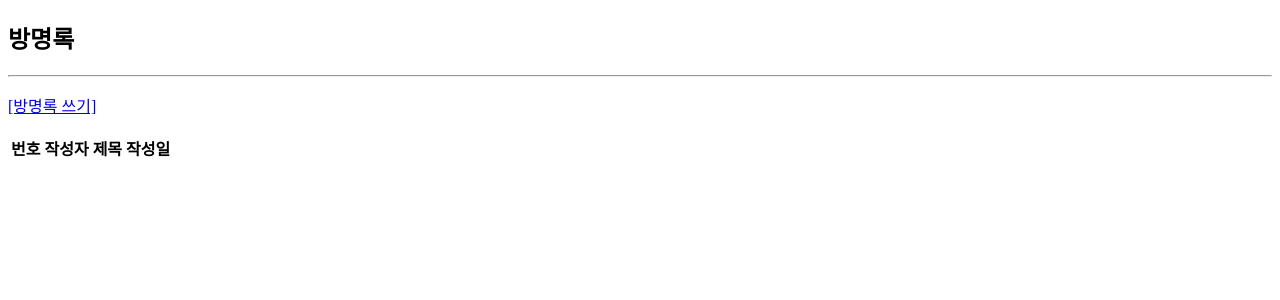
Repository: devnewbie-gt/60_web
Page: http://localhost/08_GuestBook/guestbook/list.jsp
These files come from the project's save history. The page is drawn as it stood at one moment and after the next save; the edit follows.
The browser window is 1280 px wide. The pictures show the whole page.
The page is served by Tomcat 9. Queries for data that is not in the repository find no rows.

Above is the page before, as saved 2021-01-31 14:30:42.

### 08_GuestBook/WebContent/guestbook/list.jsp
<%@page import="com.bc.mybatis.GuestBookVO"%>
<%@page import="java.util.List"%>
<%@page import="com.bc.mybatis.DBService"%>
<%@page import="org.apache.ibatis.session.SqlSession"%>
<%@ page language="java" contentType="text/html; charset=UTF-8"
    pageEncoding="UTF-8"%>
<%
	SqlSession ss = DBService.getFactory().openSession();
	List<GuestBookVO> list = ss.selectList("guestbook.all");
	ss.close();
%>
<!DOCTYPE html>
<html>
<head>
<meta charset="UTF-8">
<title>Insert title here</title>
<style>

</style>
</head>
<body>

<div id="container">
	<h2>방명록</h2>
	<hr>
	<p><a href="write.jsp">[방명록 쓰기]</a></p>
	<table>
		<thead>
			<tr>
				<th>번호</th>
				<th>작성자</th>
				<th>제목</th>
				<th>작성일</th>
			</tr>
		</thead>
		<tbody>

		</tbody>
	</table>
</div>

</body>
</html>

### 08_GuestBook/src/com/bc/mybatis/DBService.java
package com.bc.mybatis;

import org.apache.ibatis.io.Resources;
import org.apache.ibatis.session.SqlSessionFactory;
import org.apache.ibatis.session.SqlSessionFactoryBuilder;

public class DBService {
	private static SqlSessionFactory factory;

	static {
		try {
			factory = new SqlSessionFactoryBuilder()
					.build(Resources.getResourceAsReader("com/bc/mybatis/config.xml"));
		} catch (Exception e) {
			e.printStackTrace();
		}
	}

	public static SqlSessionFactory getFactory() {
		return factory;
	}

}

### 08_GuestBook/src/com/bc/mybatis/GuestBookVO.java
package com.bc.mybatis;

public class GuestBookVO {
	private String idx, name, subject, content, email, pwd, regdate;

	public GuestBookVO() {}

	public GuestBookVO(String idx, String name, String subject, String content, String email, String pwd,
			String regdate) {
		super();
		this.idx = idx;
		this.name = name;
		this.subject = subject;
		this.content = content;
		this.email = email;
		this.pwd = pwd;
		this.regdate = regdate;
	}

	public String getIdx() {
		return idx;
	}

	public void setIdx(String idx) {
		this.idx = idx;
	}

	public String getName() {
		return name;
	}

	public void setName(String name) {
		this.name = name;
	}

	public String getSubject() {
		return subject;
	}

	public void setSubject(String subject) {
		this.subject = subject;
	}

	public String getContent() {
		return content;
	}

	public void setContent(String content) {
		this.content = content;
	}

	public String getEmail() {
		return email;
	}

	public void setEmail(String email) {
		this.email = email;
	}

	public String getPwd() {
		return pwd;
	}

	public void setPwd(String pwd) {
		this.pwd = pwd;
	}

	public String getRegdate() {
		return regdate;
	}

	public void setRegdate(String regdate) {
		this.regdate = regdate;
	}

	@Override
	public String toString() {
		return "GuestBookVO [idx=" + idx + ", name=" + name + ", subject=" + subject + ", content=" + content
				+ ", email=" + email + ", pwd=" + pwd + ", regdate=" + regdate + "]";
	}


}

After the next save:
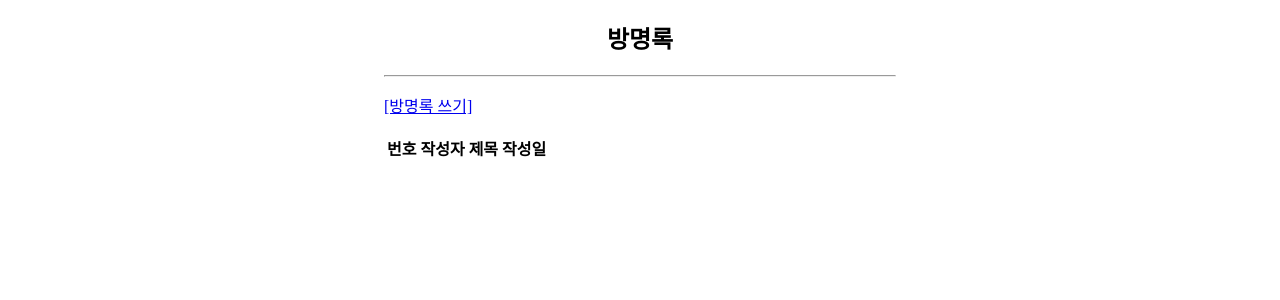
Saved 51 s later.
--- a/08_GuestBook/WebContent/guestbook/list.jsp
+++ b/08_GuestBook/WebContent/guestbook/list.jsp
@@ -15,7 +15,11 @@
 <meta charset="UTF-8">
 <title>Insert title here</title>
 <style>
-
+	#container {
+		width: 512px;
+		margin: auto;
+	}
+	#container h2 { text-align: center; }
 </style>
 </head>
 <body>
